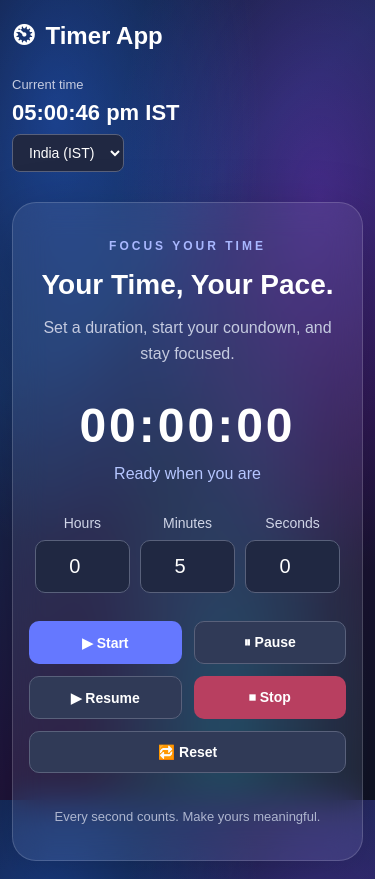
Repository: 22MH1A42G1/timer-app
Page: http://localhost/
The author's editor kept a copy of each file at every save. The page is drawn from the files as they stood at one save, then again after the next save.
The browser window is 375 px wide. The pictures show the whole page.
Backgrounds fixed to the window are drawn as part of the page. The page is served by the project's application, run on Flask 3 (app.py).

Above is the page before, as saved 2026-10-18 22:19:38.

After the next save:
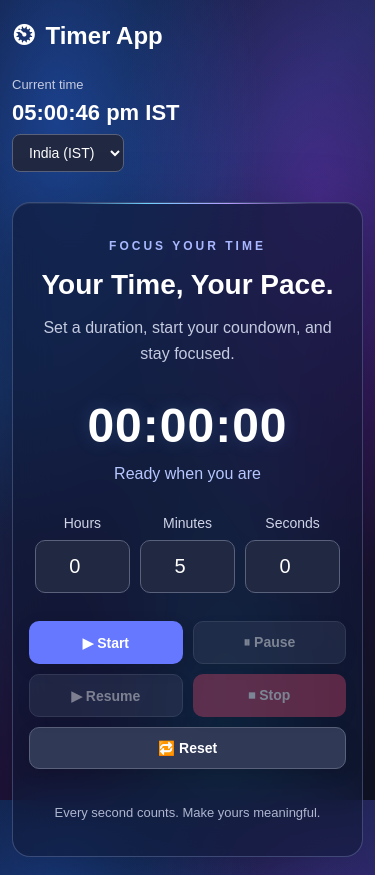
Saved 83 s later.
--- a/static/css/style.css
+++ b/static/css/style.css
@@ -320,3 +320,102 @@ select {
         flex: 1 1 40%;
     }
 }
+
+
+/* Improved glass timer card */
+.timer-card {
+    position: relative;
+    overflow: hidden;
+
+    background: rgba(14, 23, 49, 0.60);
+    border: 1px solid rgba(180, 200, 255, 0.25);
+    border-radius: 24px;
+
+    box-shadow:
+        0 24px 70px rgba(0, 0, 0, 0.30),
+        inset 0 1px 0 rgba(255, 255, 255, 0.08);
+
+    backdrop-filter: blur(20px);
+    -webkit-backdrop-filter: blur(20px);
+}
+
+/* Soft accent line at the top of the card */
+.timer-card::before {
+    content: "";
+    position: absolute;
+    top: 0;
+    left: 15%;
+    width: 70%;
+    height: 1px;
+
+    background: linear-gradient(
+        90deg,
+        transparent,
+        #70cfff,
+        #b69aff,
+        transparent
+    );
+
+    pointer-events: none;
+}
+
+/* Give the countdown a subtle glow */
+.countdown {
+    text-shadow:
+        0 0 18px rgba(105, 174, 255, 0.20);
+
+    transition: text-shadow 0.3s ease;
+}
+
+/* More refined inputs */
+.input-group input {
+    transition:
+        border-color 0.2s ease,
+        background-color 0.2s ease;
+}
+
+.input-group input:hover {
+    border-color: rgba(155, 180, 255, 0.7);
+    background-color: #263251;
+}
+
+/* More refined buttons */
+.btn {
+    box-shadow: 0 5px 16px rgba(0, 0, 0, 0.15);
+}
+
+.btn:active:not(:disabled) {
+    transform: translateY(0) scale(0.97);
+}
+
+.btn:disabled {
+    opacity: 0.45;
+    cursor: not-allowed;
+    transform: none;
+    filter: none;
+}
+
+/* Improve the clock selector */
+select {
+    max-width: 100%;
+    cursor: pointer;
+}
+
+/* Prevent overly wide content on small screens */
+@media (max-width: 600px) {
+    .timer-card {
+        border-radius: 18px;
+    }
+
+    .countdown {
+        letter-spacing: 1px;
+    }
+
+    .timer-controls {
+        gap: 10px;
+    }
+
+    .btn {
+        padding: 12px 10px;
+    }
+}
